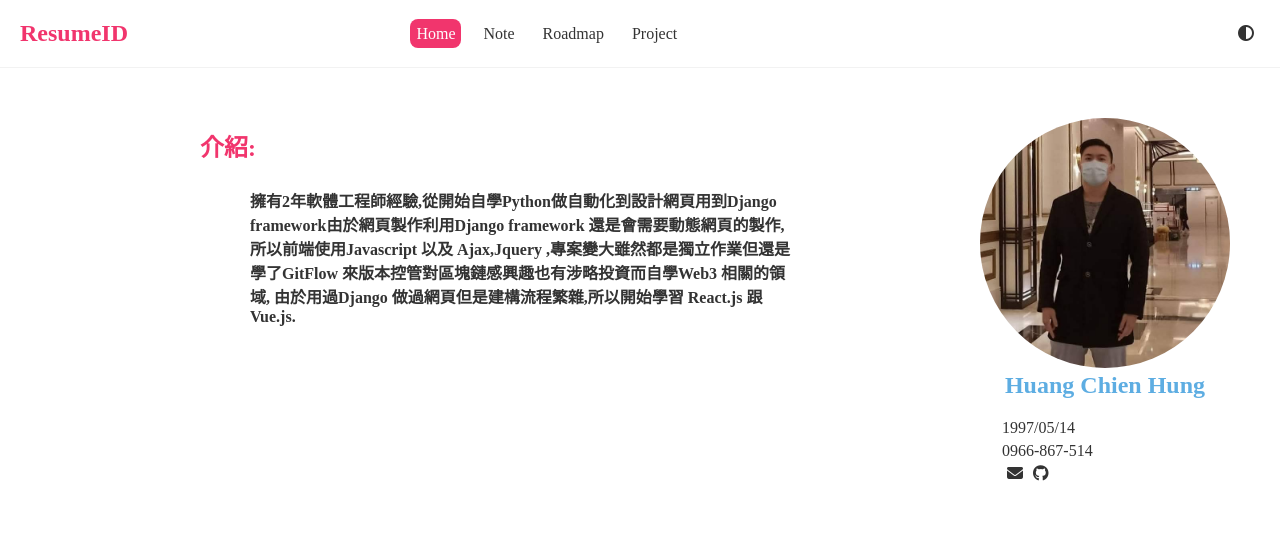
Repository: leo-play-code/ResumeID
Page: /
These files come from the project's save history. The page is drawn as it stood at one moment and after the next save; the edit follows.
The browser window is 1280 px wide. The pictures show the whole page.
Some web libraries are served in a nearby version. The project was rebuilt for these pictures with package versions that can differ from the ones it lists, and the page was loaded fresh each time. Also part of the build but not shown: src/Note/Note.js, src/Roadmap/Roadmap.js, src/Project/Project.js.

Above is the page before, as saved 2022-10-18 14:53:58.

### public/index.html
<!DOCTYPE html>
<html lang="en">
  <head>
    <meta charset="utf-8" />
    <link rel="icon" href="%PUBLIC_URL%/favicon.ico" />
    <meta name="viewport" content="width=device-width, initial-scale=1" />
    <meta name="theme-color" content="#000000" />
    <meta
      name="description"
      content="Web site created using create-react-app"
    />
    <link rel="apple-touch-icon" href="%PUBLIC_URL%/logo192.png" />
    <link rel="manifest" href="%PUBLIC_URL%/manifest.json" />

    <!-- fontawesome -->
    <script src="https://kit.fontawesome.com/14e9a4f90b.js" crossorigin="anonymous"></script>
    <title>React App</title>
  </head>
  <body>
    <noscript>You need to enable JavaScript to run this app.</noscript>
    <div id="root"></div>
  </body>
</html>

### src/index.css
/* base styles */
* {
  margin: 0;
  font-family: "Quicksand";
  color: #333;
}
.navbar {
  padding: 20px;
  display: flex;
  align-items: center;
  max-width: 100%;
  margin: 0 auto;
  border-bottom: 1px solid #f2f2f2;
}
.navbar h1 {
  color: #f1356d;
}
.navbar-center{
  margin-inline: auto;
}
.navbar-center .page-selected{
  color:white;
  background: #f1356d;
  border-radius: 8px;
  pointer-events: none;
}
.navbar .navbar-right {
  margin-left: auto;
}
.navbar a {
  margin-left: 16px;
  text-decoration: none;
  padding: 6px;
}
.navbar a:hover {
  color: #f1356d;
}
.content {
  max-width: 600px;
  margin: 40px auto;
  padding: 20px;
}

/* Home */
.Home .profile-container{
  height: 500px;
}
.Home .picture img{
  border-radius: 50%;
  max-width: 250px;
}
.Home .profile .MainName{
  color:#5DADE2;
}

.Home .introduction{
  margin-top: 60px;
  margin-left: 200px;
  float:left;
  width: 600px;

}
.Home .information{
  margin: 50px;
  float:right;
}


.Home .introduction h2{
  color:#f1356d
}
.Home .introduction .context{
  margin-top: 25px;
  margin-left: 50px;
}


.Home .picture{
  text-align: center;
}

.Home .contact{
  margin-top: 20px;
  margin-left:17px
}

.Home .contact div{
  margin :5px;
}

.Home .contact span{
  margin :5px;
}


.Home .contact a{
  margin :5px;
}

### src/App.js
import Navbar from './Navbar/Navbar';
import { BrowserRouter as Router,Route,Switch} from 'react-router-dom'
import Home from './Home/Home';
import Note from './Note/Note';
import Roadmap from './Roadmap/Roadmap';
import Project from './Project/Project';

function App(){
    return (
        <Router>
            <div className="App">
            <Navbar />
                <Switch>
                    <Route exact path='/'>
                        <Home />
                    </Route>
                    <Route exact path='/Note'>
                        <Note />
                    </Route>
                    <Route exact path='/Roadmap'>
                        <Roadmap />
                    </Route>
                    <Route exact path='/Project'>
                        <Project />
                    </Route>

                </Switch>
            </div>
        </Router>

    )
}

export default App;

### src/Navbar/Navbar.js
import { useEffect, useState } from 'react';
import {Link} from 'react-router-dom';

function Navbar(){
    const [navbar_state,setPageState] = useState('');
    function ChangeColor(){
        console.log('changecolor')
    }
    function PageSelected(navbar_state){
        setPageState(navbar_state)
    }
    useEffect(()=>{
        const init_url_arr = window.location.href.split('/')
        const init_url_page = init_url_arr[init_url_arr.length-1]
        setPageState(init_url_page)
    })
    return (
        <nav className="navbar">
            <h1>ResumeID</h1>
            <span className='navbar-center'>
                {(navbar_state == '')&& <Link to="/" className='page-selected'>Home</Link>}
                {!(navbar_state == '')&&<Link to="/" onClick={()=>PageSelected('Home')}>Home</Link>}
                {(navbar_state == 'Note')&& <Link to="/Note" className='page-selected'>Note</Link>}
                {!(navbar_state == 'Note')&&<Link to="/Note" onClick={()=>PageSelected('Note')}>Note</Link>}
                {(navbar_state == 'Roadmap')&& <Link to="/Roadmap" className='page-selected'>Roadmap</Link>}
                {!(navbar_state == 'Roadmap')&&<Link to="/Roadmap" onClick={()=>PageSelected('Roadmap')}>Roadmap</Link>}
                {(navbar_state == 'Project')&& <Link to="/Project" className='page-selected'>Project</Link>}
                {!(navbar_state == 'Project')&&<Link to="/Project" onClick={()=>PageSelected('Project')}>Project</Link>}
            </span>
            <div className="navbar-right">
                <a onClick={ChangeColor}><i className="fa-solid fa-circle-half-stroke"></i></a>
            </div>
        </nav>
    )
}

export default Navbar ;

### src/Home/Home.js


function Home(){
    const pic = require('./static/image/selfy.jpg');
    return(
        <div className="Home">
            <div className='profile'>
                <div className="introduction">
                    <h2 className='context-title'>介紹:</h2>
                    <div className='context'>
                        <b>擁有2年軟體⼯程師經驗,從開始⾃學Python做⾃動化到設計網⾴⽤到Django framework</b>
                        <b>由於網⾴製作利⽤Django framework 還是會需要動態網⾴的製作,所以前端使⽤Javascript 以及 Ajax,Jquery ,專案變⼤雖然都是獨立作業但還是學了GitFlow 來版本控管</b>
                        <b>對區塊鏈感興趣也有涉略投資⽽⾃學Web3 相關的領域, 由於⽤過Django 做過網⾴但是建構流程繁雜,所以開始學習 React.js 跟 Vue.js.</b>
                    </div>
                </div>
                <div className='information'>
                    <div className="picture">
                        <img src={pic} alt="" />
                        <h2 className='MainName'>Huang Chien Hung</h2>
                    </div>
                    <div className="contact">
                        <div>1997/05/14</div>
                        <div>0966-867-514</div>
                        <span>
                            <a href="mailto:leo56029132@gmail.com"><i className="fa-solid fa-envelope"></i></a>
                            <a href="https://github.com/leo-play-code"><i className="fa fa-github"></i></a>
                        </span>
                    </div>
                </div>
            </div>
        </div>
    )
}
export default Home ;

Loaded but not shown: src/index.js (common file); src/reportWebVitals.js (common file)

After the next save:
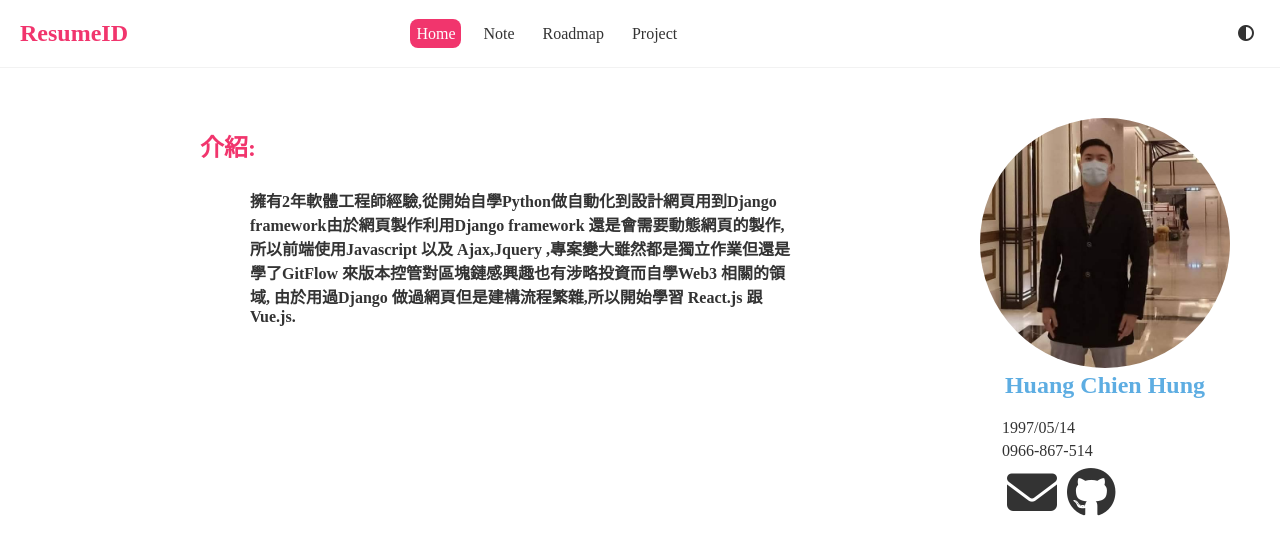
Saved 25 s later.
--- a/src/index.css
+++ b/src/index.css
@@ -95,4 +95,5 @@
 
 .Home .contact a{
   margin :5px;
+  font-size: 50px;
 }

After the save that followed:
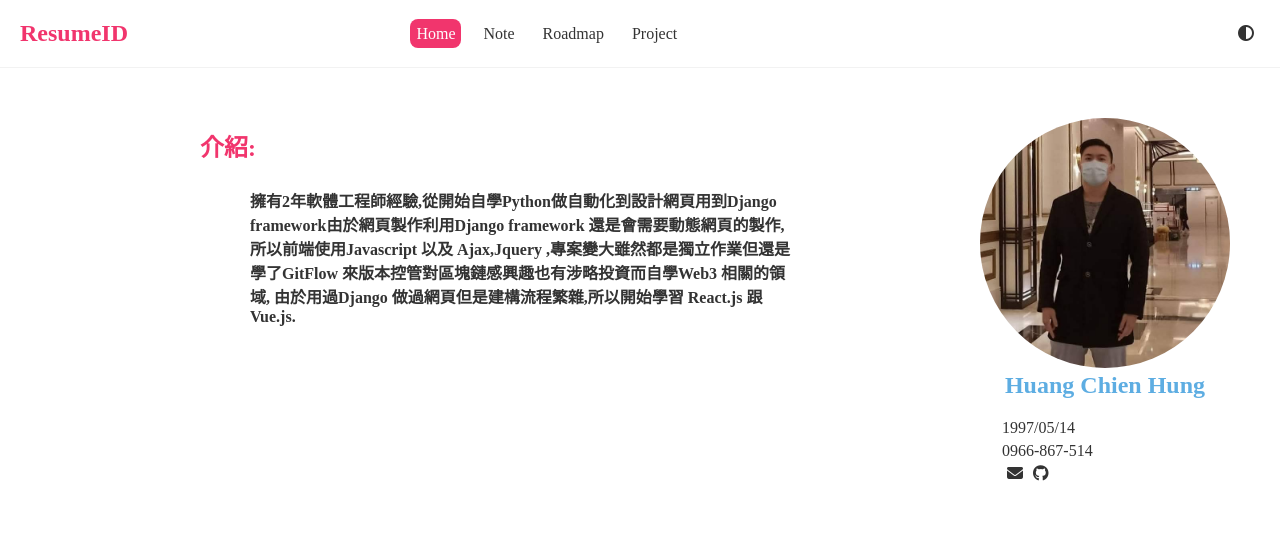
Saved 5 s later.
--- a/src/index.css
+++ b/src/index.css
@@ -95,5 +95,4 @@
 
 .Home .contact a{
   margin :5px;
-  font-size: 50px;
 }
